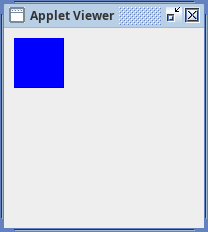
Repository: ArtixFox/SchoolWork
Program's window: java SchoolApplets/src/com/adsb/school/Applets/Applet1.java
These files come from the project's save history. The program's window is drawn as it stood at one moment and after the next save; the edit follows.
It runs on Java 21 on a 1366 x 768 screen with the Metal look.

Above is the program's window before, as saved 2015-03-26 20:45:43.

### SchoolApplets/src/com/adsb/school/Applets/Applet1.java
package com.adsb.school.Applets;


import java.applet.*;
import java.awt.Graphics;
import java.awt.Color;

public class Applet1 extends Applet {

	private static final long serialVersionUID = -1994206097564841540L;

	public void paint(Graphics g){

		g.setColor(Color.BLUE);
		g.fill3DRect(10, 10, 50, 50, true);

	}


}

After the next save:
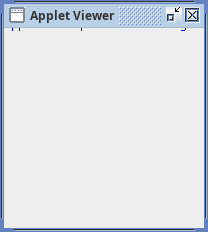
Saved 9 min 27 s later.
--- a/SchoolApplets/src/com/adsb/school/Applets/Applet1.java
+++ b/SchoolApplets/src/com/adsb/school/Applets/Applet1.java
@@ -9,10 +9,18 @@
 
 	private static final long serialVersionUID = -1994206097564841540L;
 
+	private String message = "applets are a pain and a blessing i dont mind"+
+	"having them although the confusion occurs when you have to leave out"+
+	"statics and mains. These types of classes usually require a"+
+	"'init' method at least from my experiance. But one question i have is"+
+	"will we be taking a look at abstract classes and such? Also, my game is"+
+	"made in an applet, but i am quickly grasping the concept of the applets"+
+	"as I continue my work on them.";
+
 	public void paint(Graphics g){
 
 		g.setColor(Color.BLUE);
-		g.fill3DRect(10, 10, 50, 50, true);
+		g.drawString(message,0, 0);
 
 	}
 
